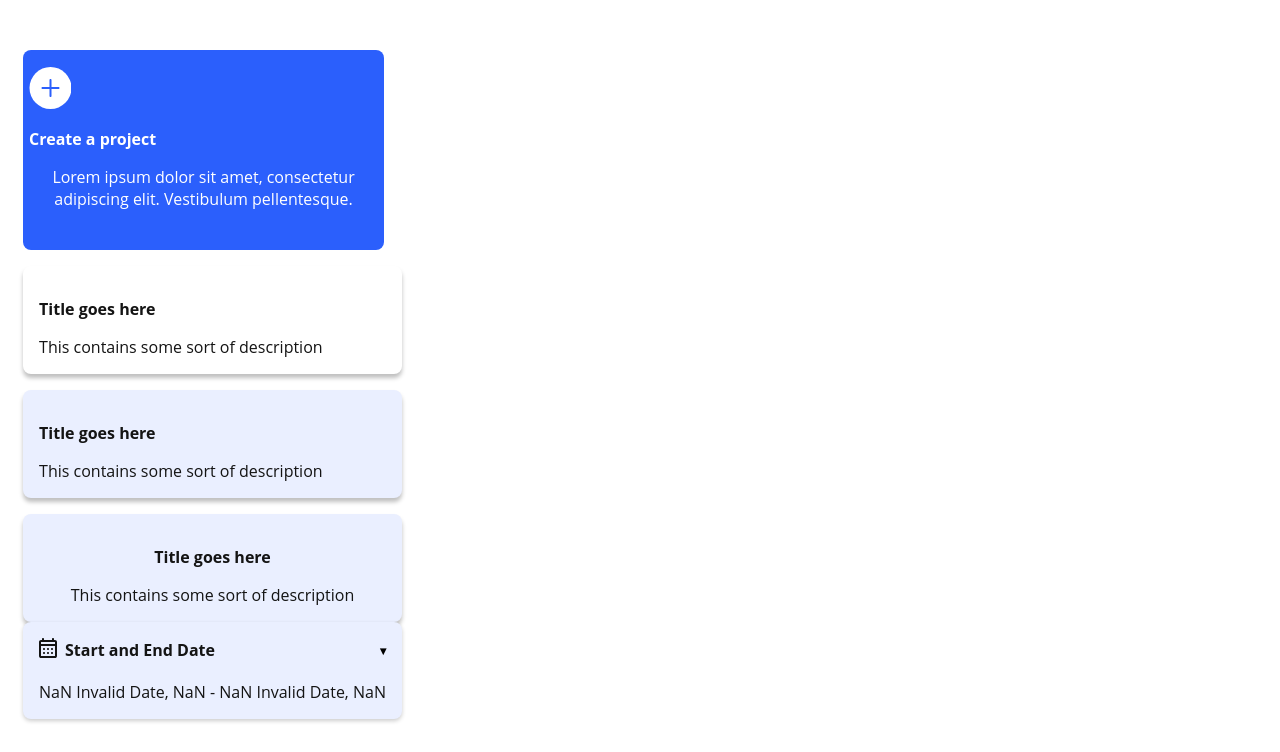
Repository: brunaguarizo/mosaic_app
Page: /
These files come from the project's save history. The page is drawn as it stood at one moment and after the next save; the edit follows.
The browser window is 1280 px wide. The pictures show the whole page.
The project was rebuilt for these pictures with package versions that can differ from the ones it lists, and the page was loaded fresh each time. The framework's server and built-in components were replaced by stand-ins that run in the browser. Also part of the build but not shown: next.config.mjs, app/_ui/navbar/navbar.js, app/_ui/Button/Button.js, app/_ui/Tag/Tag.js, app/_ui/Project_card/Project_card.js, app/_ui/Date_PopUp/Date_PopUp.module.css, app/_ui/Date_PopUp/Date_PopUp.js.

Above is the page before, as saved 2025-04-18 18:50:32.

After the next save:
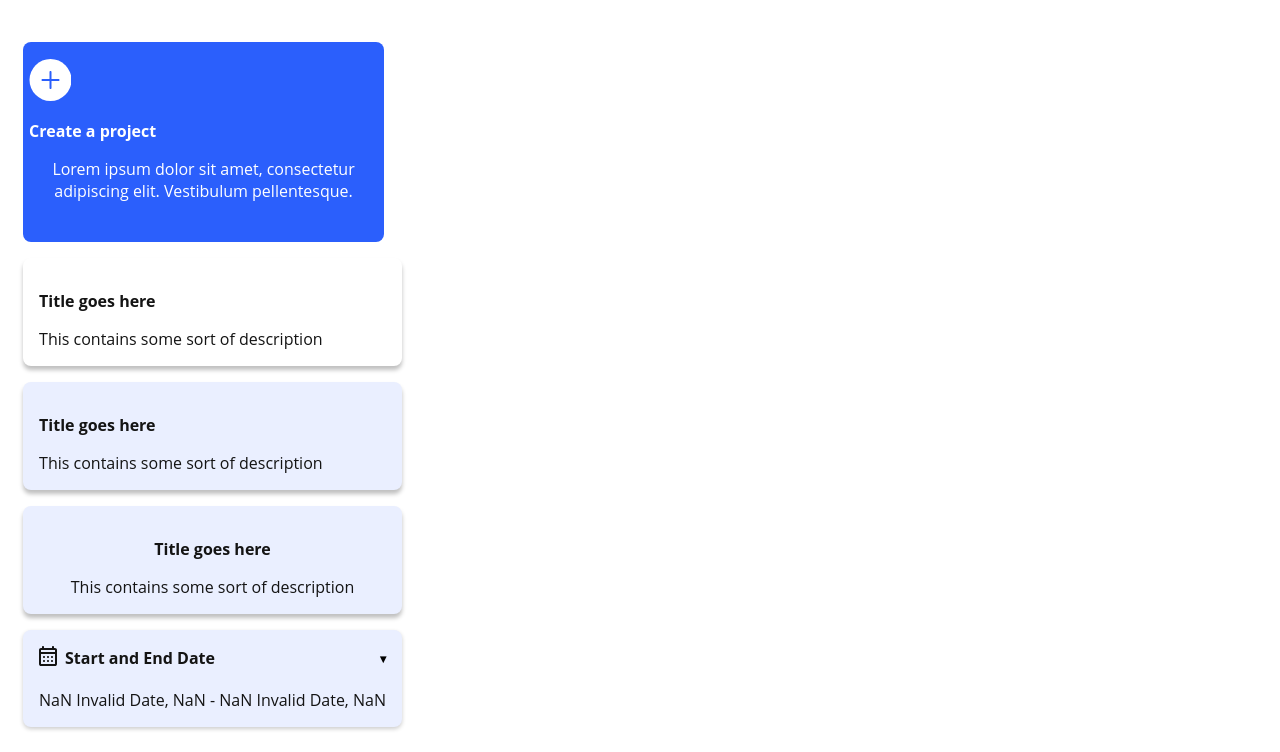
Saved 28 s later.
--- a/app/_ui/Description_Box/Description_Box.module.css
+++ b/app/_ui/Description_Box/Description_Box.module.css
@@ -6,6 +6,7 @@
     padding: 16px;
     text-align: left;
     margin-top: var(--space-regular);
+    margin-bottom: var(--space-regular);
     box-shadow: 0px 4px 4px rgba(0, 0, 0, 0.25);
 }
 .project_secondary {
